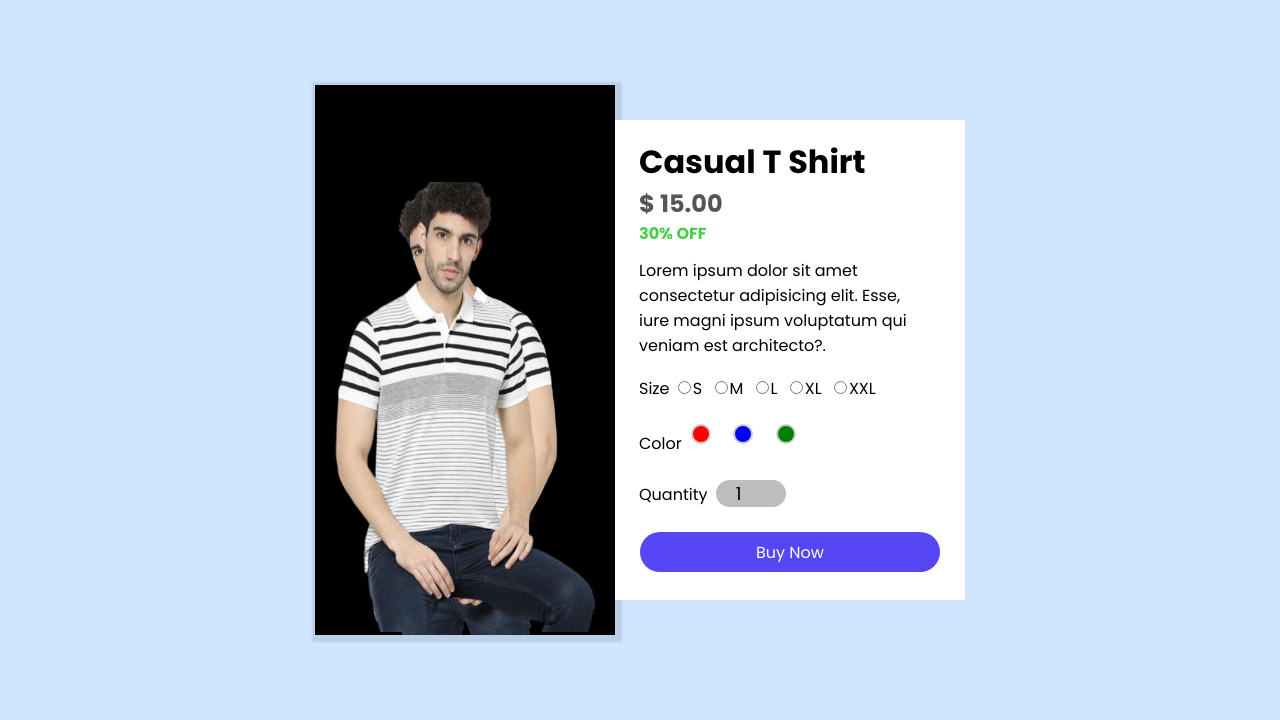
Repository: Ankitkr2021/Product-Page
Page: index.html
An editor plug-in stored every save of this project. The page is shown before and after the next save, followed by the edit.
The browser window is 1280 px wide. The pictures show the whole page.

Above is the page before, as saved 2025-10-25 14:54:09.

### index.html
<!DOCTYPE html>
<html lang="en">
<head>
    <meta charset="UTF-8">
    <meta name="viewport" content="width=device-width, initial-scale=1.0">
    <title>Product Page Design</title>
    <link rel="stylesheet" href="./style.css">
</head>
<body>
    <div class="main">
    <div class="left">
    <div class="image1"><img src="./images/image1.png" alt=""></div>
    <div class="image2"><img src="./images/image2.png" alt=""></div>
    <div class="image3"><img src="./images/image3.png" alt=""></div>
    </div>
    <div class="right">
        <h1>Casual T Shirt</h1>
        <h2>$ 15.00</h2>
        <h4>30% OFF</h4>
        <p>Lorem ipsum dolor sit amet consectetur adipisicing elit. Esse, iure magni ipsum voluptatum qui veniam est architecto?.</p>

        <div class="size"> Size
        <label><input type="radio" name="size" value="s">S</label>
        <label><input type="radio" name="size" value="m">M</label>
        <label><input type="radio" name="size" value="l">L</label>
        <label><input type="radio" name="size" value="xl">XL</label>
        <label><input type="radio" name="size" value="xxl">XXL</label>
        </div>

        <div class="color">
        Color
         <input type="radio" id="red" name="color" value="red">
  <label for="red"></label>
  <input type="radio" id="blue" name="color" value="blue">
  <label for="blue"></label>

  <input type="radio" id="green" name="color" value="green">
  <label for="green"></label>
        </div>

        <div class="quantity">
            Quantity
            <label><input type="number" id="qty" name="qty" min="1" max="10" value="1"></label>
        </div>

        <button> Buy Now</button>
    </div>
    </div>
</body>
</html>

### style.css
@import url("https://fonts.googleapis.com/css2?family=Poppins:wght@400;700&display=swap");

*{
    margin: 0;
    padding: 0;
    box-sizing: border-box;
    font-family: "Poppins",sans-serif;
}

.main {
    display: flex;
    align-items: center;
    justify-content: center;
    height: 100vh;
    width: 100%;
    background: rgba(187, 219, 255, 0.692);
}

.left {
    height: 550px;
    width: 300px;
    background: #000;
    box-shadow: 2px 2px 2px 5px rgba(0,0,0,0.1);
}

img {
    /* background: green; */
    margin-top: 100px;
    height: 450px;
    width: 300px;
}

.image1 {
  z-index: -1;
}

.image2 {
  position: relative;
  bottom: 560px;
  height: 450px;
  width: 300px;
  z-index: -1;
}

.image3 {
  position: relative;
  bottom: 1010px;
  height: 450px;
  width: 300px;
  z-index: 1;
}

.right{
    height: 480px;
    width: 350px;
    background: #fff;
}

.right h1 {
    padding: 18px 12px 0 24px;
}

.right h2 {
    padding: 0 12px 0 24px;
    color: rgb(85, 85, 85);
}

.right h4 {
    padding: 0 12px 12px 24px;
    color: rgb(68, 206, 68);
}

.right p {
    width: 310px;
    padding: 0px 12px 0 24px ;
}

.size {
    padding: 18px 12px 0 24px;
}

input[type="radio"][name="size"] {
  margin-right: 2px;
}

.color input[type="radio"] {
  appearance: none;              /* remove default browser look */
  -webkit-appearance: none;      /* for Safari */
  -moz-appearance: none;         /* for Firefox */
  width: 20px;
  height: 20px;
  border-radius: 50%;            /* make it a circle */
  border: 2px solid #ccc;        /* border around circle */
  cursor: pointer;
  margin: 5px;
  outline: none;
  transition: 0.2s ease;
}

/* custom colors by value */
.color input[value="red"] {
  background: red;
}

.color input[value="blue"] {
  background: blue;
}

.color input[value="green"] {
  background: green;
}

.color {
    padding: 18px 12px 0 24px;
}

/* Highlight selected */
.color input[type="radio"]:checked {
  border-color: 0.1px solid #000;
  box-shadow: 0 0 0 2px white inset, 0 0 0 1px black;
}

.quantity {
    padding: 14px 12px 0 24px;
    margin-top: 10px;
}

.quantity input {
    border-radius: 15px;
    padding-left: 20px;
    font-size: 18px;
    background: rgba(128, 128, 128, 0.518);
    border: none;
    outline: none;
    width: 70px;
}

button {
    display: flex;
    align-items: center;
    justify-content: center;
    padding: 14px 12px 0 24px;
    margin: 25px;
    width: 300px;
    height: 40px;
    padding: 10px;
    border-radius: 25px;
    border: none;
    background: rgb(86, 69, 243);
    color: #fff;
    font-size: 16px;
    cursor: pointer;
}




.right label {
    padding: 4px ;
}

After the next save:
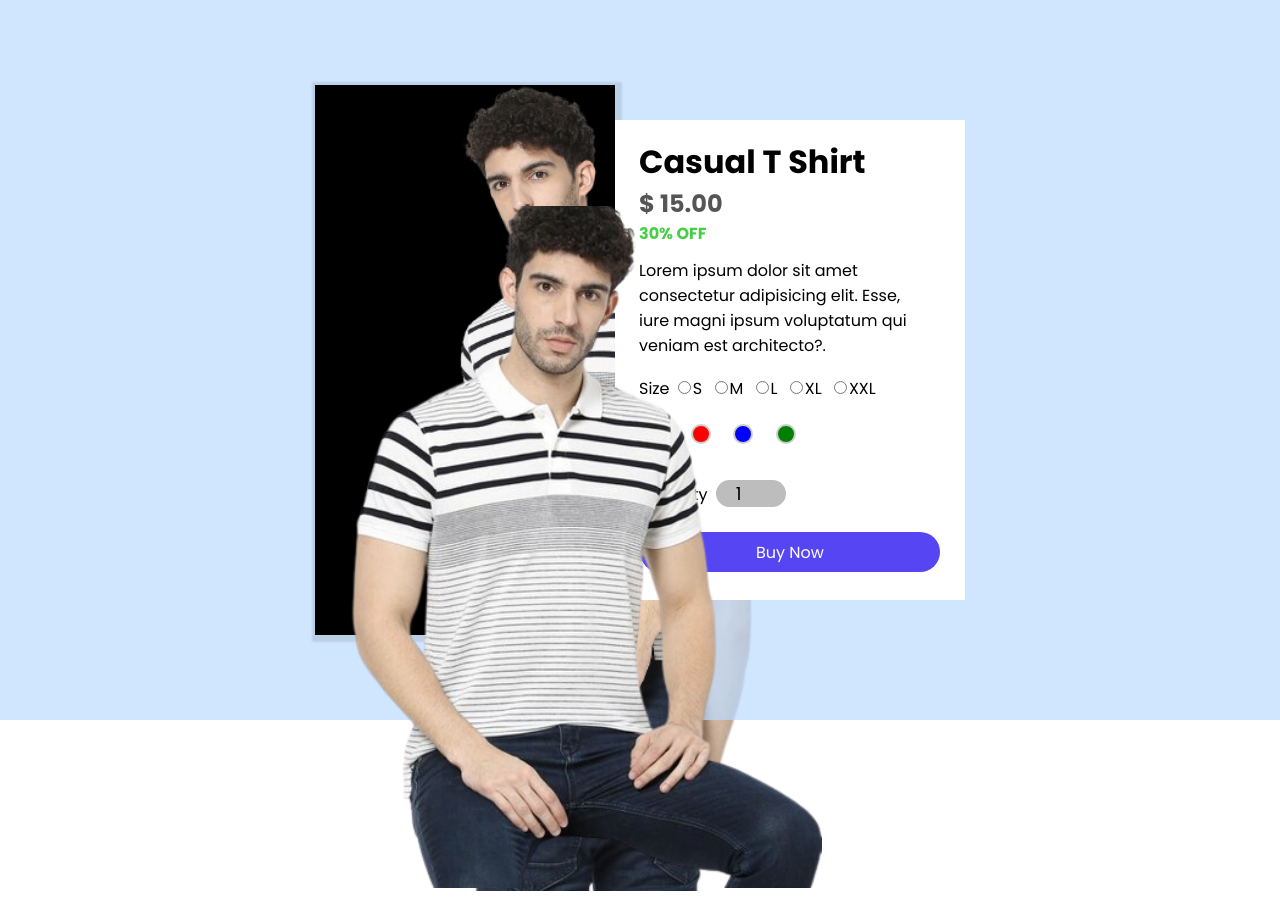
Saved 26 s later.
--- a/style.css
+++ b/style.css
@@ -23,12 +23,11 @@
     box-shadow: 2px 2px 2px 5px rgba(0,0,0,0.1);
 }
 
-img {
-    /* background: green; */
+/* img {
     margin-top: 100px;
     height: 450px;
     width: 300px;
-}
+} */
 
 .image1 {
   z-index: -1;

After the save that followed:
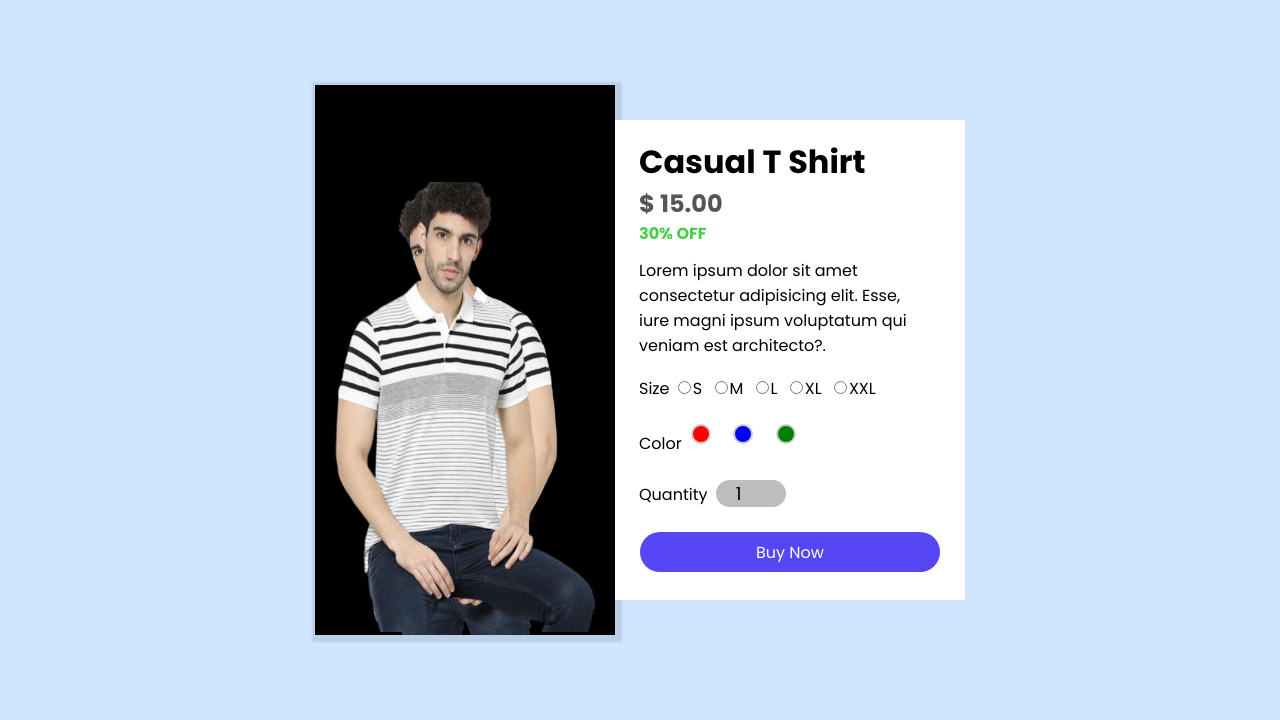
Saved 5 s later.
--- a/style.css
+++ b/style.css
@@ -23,11 +23,11 @@
     box-shadow: 2px 2px 2px 5px rgba(0,0,0,0.1);
 }
 
-/* img {
+img {
     margin-top: 100px;
     height: 450px;
     width: 300px;
-} */
+}
 
 .image1 {
   z-index: -1;
